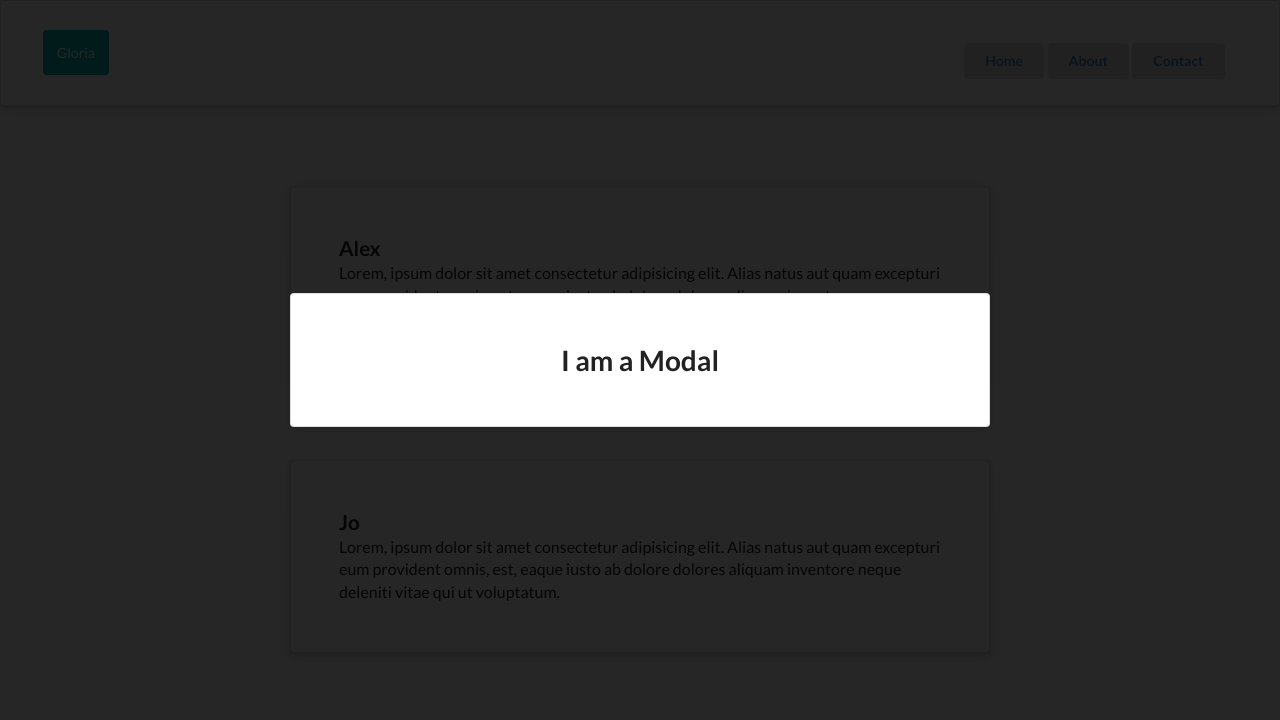
Repository: jodelajo/react-router-redux
Page: /contact
These files come from the project's save history. The page is drawn as it stood at one moment and after the next save; the edit follows.
The browser window is 1280 px wide. The pictures show the whole page.
The project was rebuilt for these pictures with package versions that can differ from the ones it lists, and the page was loaded fresh each time. Also part of the build but not shown: src/index.css, src/App.css, src/components/About.js, src/components/Home.js, src/components/Card.js.

Above is the page before, as saved 2021-10-14 19:01:49.

After the next save:
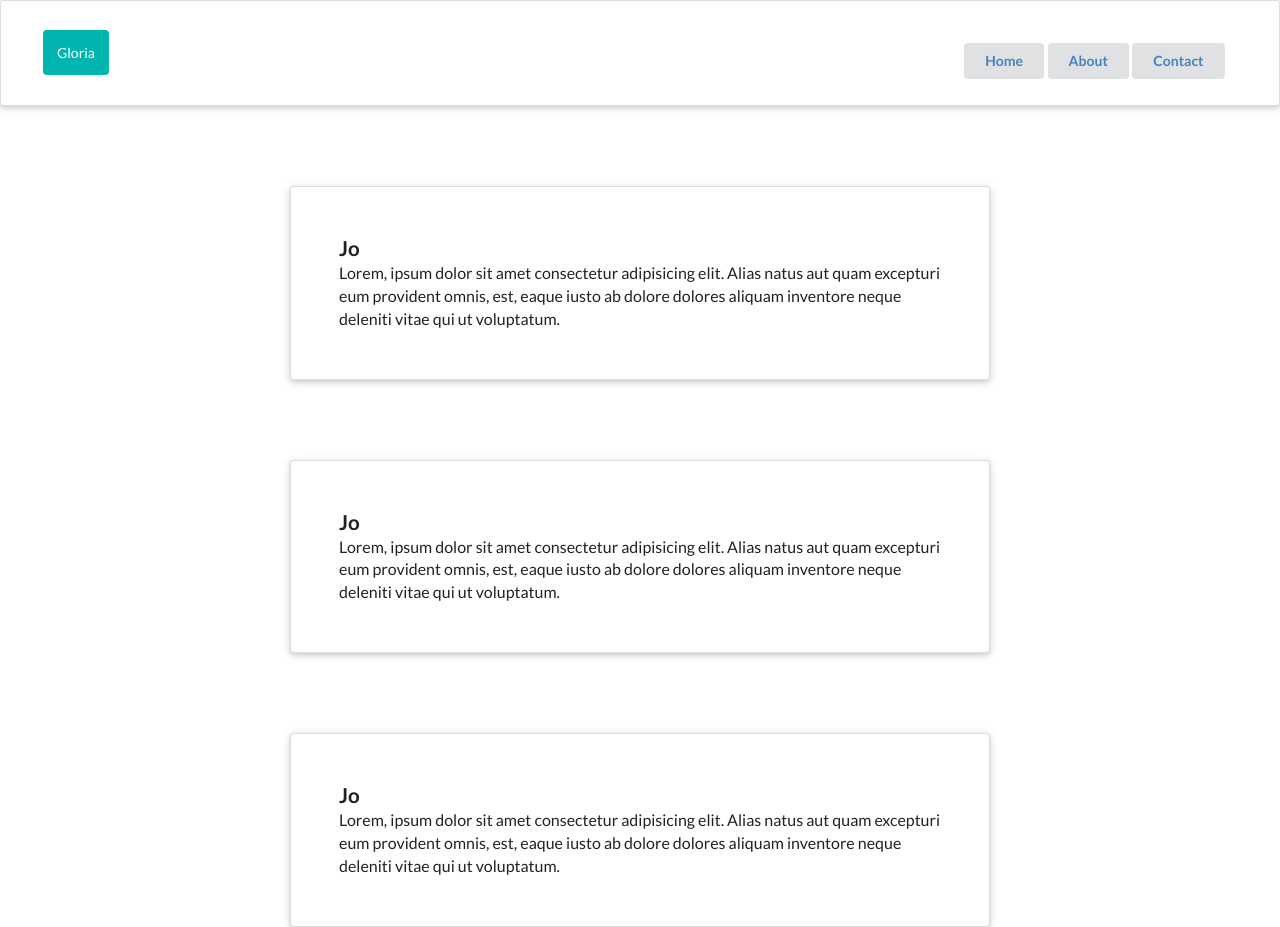
Saved 5 min 33 s later.
--- a/src/components/Contact.js
+++ b/src/components/Contact.js
@@ -1,36 +1,29 @@
 import React from "react";
 import { Link } from 'react-router-dom'
-import Modal from "./Modal";
+// import Modal from "./Modal";
 import { connect } from 'react-redux'
 // import './App.css';
 
-function Contact(props) {
-    console.log('contact', props.cards);
+function Contact({ cards }) {
   return (
       <>
-      <Modal />
-    <div
-      className="ui raised very padded text container segment"
-      style={{ marginTop: "80px" }}
-    >
-      <Link to='/alex' className="ui header"> Alex</Link>
-      <p>
-        Lorem, ipsum dolor sit amet consectetur adipisicing elit. Alias natus
-        aut quam excepturi eum provident omnis, est, eaque iusto ab dolore
-        dolores aliquam inventore neque deleniti vitae qui ut voluptatum.
-      </p>
-    </div>
-    <div
-      className="ui raised very padded text container segment"
-      style={{ marginTop: "80px" }}
-    >
-      <Link to='/joop' className="ui header"> Jo</Link>
-      <p>
-        Lorem, ipsum dolor sit amet consectetur adipisicing elit. Alias natus
-        aut quam excepturi eum provident omnis, est, eaque iusto ab dolore
-        dolores aliquam inventore neque deleniti vitae qui ut voluptatum.
-      </p>
-    </div>
+      {/* <Modal /> */}
+    { cards.map((card) => {
+      return(
+        <div
+        className="ui raised very padded text container segment"
+        style={{ marginTop: "80px" }}
+      >
+        <Link to='/joop' className="ui header"> Jo</Link>
+        <p>
+          Lorem, ipsum dolor sit amet consectetur adipisicing elit. Alias natus
+          aut quam excepturi eum provident omnis, est, eaque iusto ab dolore
+          dolores aliquam inventore neque deleniti vitae qui ut voluptatum.
+        </p>
+      </div>
+      )
+    })}
+
     </>
   );
 }
